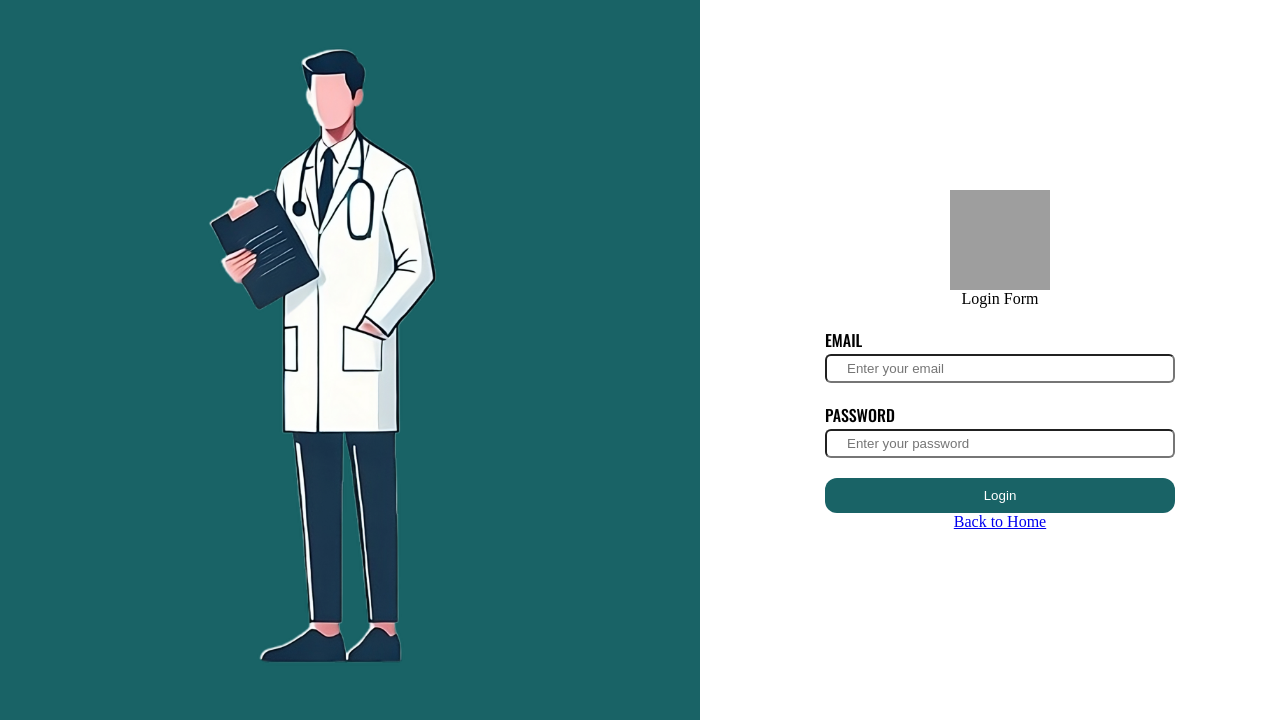
Repository: AriaFantom/Minor-Project
Page: http://localhost/Project/login.jsp
The author's editor kept a copy of each file at every save. The page is drawn from the files as they stood at one save, then again after the next save.
The browser window is 1280 px wide. The pictures show the whole page.
Pictures or frames that could not be fetched are drawn as grey boxes. Some web fonts or font styles are not loaded; a fallback is used. The page is served by Tomcat 10. Other server files are loaded and not shown.

Above is the page before, as saved 2025-01-14 19:01:55.

### Project/src/main/webapp/login.jsp
<%@ page language="java" contentType="text/html; charset=UTF-8"
    pageEncoding="UTF-8"%>
            <%@page import="java.sql.*" %>

<!DOCTYPE html>
<html lang="en">
<head>
    <meta charset="UTF-8">
    <title>Title</title>
    <link rel="stylesheet" href="css/register.css">
</head>
<body>
<main>
    <div class="aside-form">
        <img src="assets/form-side-vector.png" alt="vector">
    </div>
    <div class="form-section">
     <%
            String success = request.getParameter("success");
            if ("true".equalsIgnoreCase(success)) {
        %>
                <div class="alert alert-success">
                    Registration successfully.
                </div>
        <%
            }
        %>
        <%
            String error = request.getParameter("error");
            if ("true".equalsIgnoreCase(error)) {
        %>
                <div class="alert alert-danger">
                    Account Not Found
                </div>
        <%
            }
        %>
        <img src="assets/icons/logo.png" alt="logo">
        <p>Login Form</p>
        <form  method="post" action="LoginServlet">
            <label for="email">Email</label>
            <input type="email" id="email" name="email" placeholder="Enter your email">
            <label for="password">Password</label>
            <input type="password" id="password" name="password" placeholder="Enter your password">
            <button>Login</button>
        </form>
        <a href="<%=request.getContextPath()%>/index.jsp" class="back-button">Back to Home</a>
    </div>
</main>
</body>
</html>

### Project/src/main/webapp/css/register.css
@charset "UTF-8";

@import url('https://fonts.googleapis.com/css2?family=Oswald:wght@200..700&display=swap');
@import url('https://fonts.googleapis.com/css2?family=Open+Sans:ital,wght@0,300..800;1,300..800&display=swap');
@import url('https://fonts.googleapis.com/css2?family=DM+Serif+Text:ital@0;1&family=PT+Sans:ital,wght@0,400;0,700;1,400;1,700&display=swap');
* {
    box-sizing: border-box;
    margin: 0;
    padding: 0;
}

body {
    margin: 0;
    padding: 0;

}

main {
    display: grid;
    grid-template-columns: 1fr 1fr;
    gap: 20px;
    justify-content: center;
    align-items: center;
    height: 100vh;
}

.form-footer {
	font-family: 'DM Serif Text', sans-serif;
    margin: 8px 0;
}

main img {
    width: 100px;
    height: 100px;
}
.form-section {
    display: flex;
    flex-direction: column;
    justify-content: center;
    align-items: center;
    width: 100%;
}

.form-heading {
    font-family: 'Oswald', sans-serif;
    font-size: 2rem;
    margin-bottom: 20px;
    text-transform: uppercase;
}

form {
    display: flex;
    flex-direction: column;
    justify-content: center;
    width: 350px;
}

form label {
    font-family: 'Oswald', sans-serif;
    margin-top: 20px;
    margin-bottom: 2px;
    font-weight: 500;
    text-transform: uppercase;
}
form input {
    font-family: 'DM Serif Text', sans-serif;
    padding: 5px 20px;
    border-radius: 6px;
}

form button {
    font-family: 'DM Serif Text', sans-serif;
    margin-top: 20px;
    padding: 10px;
    background-color: #196366;
    color: #fff;
    border: none;
    cursor: pointer;
    border-radius: 12px;
}

.aside-form {
    background: #196366;
    height: 100%;
    width: 100%;
    display: flex;
    align-items: center;
    justify-content: center;
}

.aside-form img {
    width: 700px;
    height: 700px;
}
.alert {
            padding: 15px;
            margin: 20px auto;
            border-radius: 4px;
            width: 95%;
            font-size: 16px;
            text-align: center;
}
.alert-success {
            color: #155724;
            background-color: #d4edda;
            border: 1px solid #c3e6cb;
}
.alert-danger {
            color: #721c24;
            background-color: #f8d7da;
            border: 1px solid #f5c6cb;
 }
.errordiv {
	display: flex;
	flex-direction: column;
	align-items:center;
	justify-content:center;
	background-color: #96c2c2;
	height: 100vh;
	width: 100%;
	font-family: "Poppins", sans-serif;
}

.errordiv h1 {
	text-transform: uppercase;
}

After the next save:
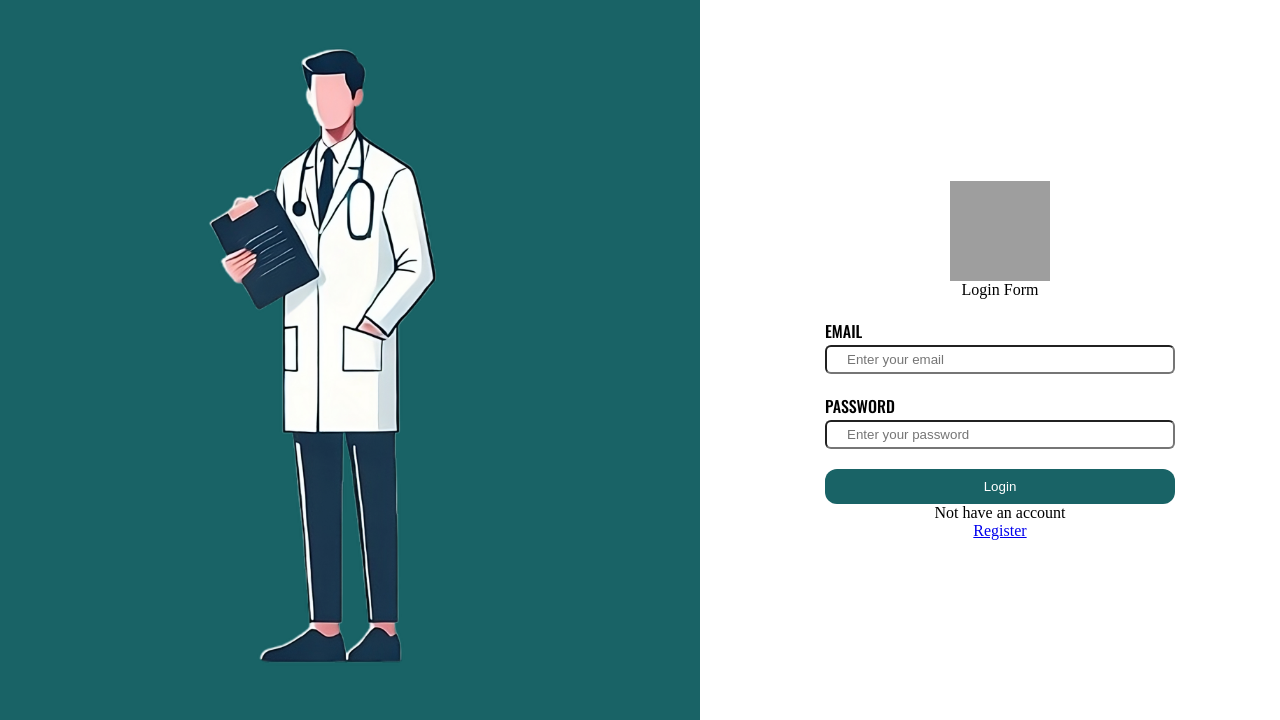
Saved 17 s later.
--- a/Project/src/main/webapp/login.jsp
+++ b/Project/src/main/webapp/login.jsp
@@ -44,7 +44,7 @@
             <input type="password" id="password" name="password" placeholder="Enter your password">
             <button>Login</button>
         </form>
-        <a href="<%=request.getContextPath()%>/index.jsp" class="back-button">Back to Home</a>
+        Not have an account<a href="<%=request.getContextPath()%>/index.jsp" class="back-button">Register</a>
     </div>
 </main>
 </body>
